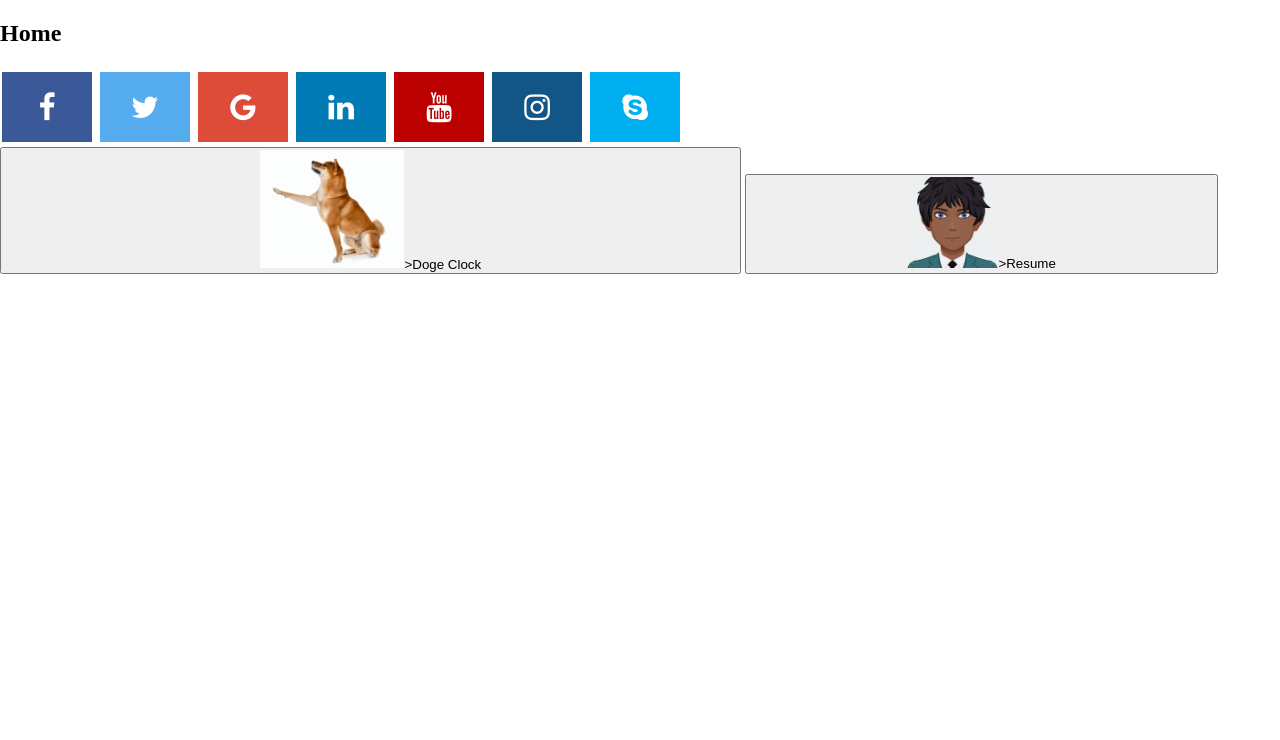
Repository: MatthewSalazar30/MatthewSalazar30.github.io
Page: Home.html
The author's editor kept a record of every edit. The page is drawn from the files as they stood at one moment, then again after the next edit.
The browser window is 1280 px wide. The pictures show the whole page.

Above is the page before.

After the next edit:
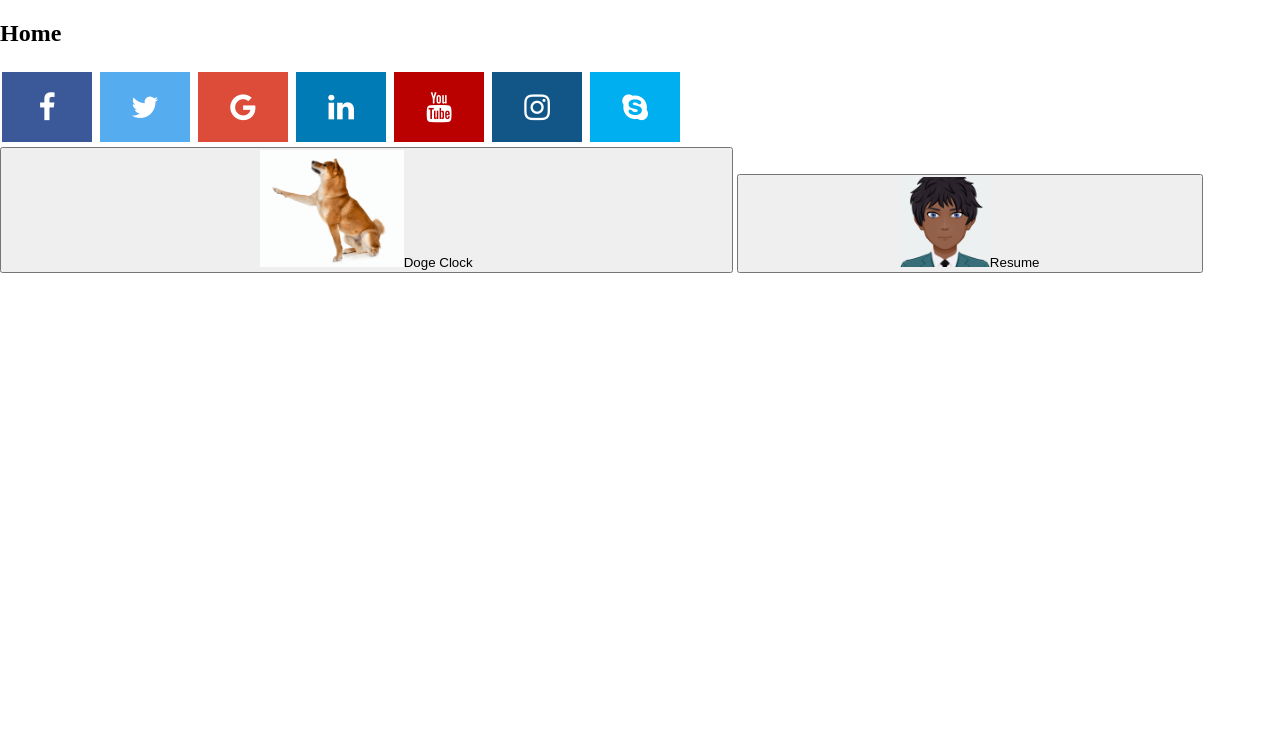
The edit:
--- a/Home.html
+++ b/Home.html
@@ -165,8 +165,8 @@
 
 
 <div class="container">
-  <a href="Dogs.html"> <button class="btn"><img src="images/Doge.jpg" style="width:20%">>Doge Clock</button style="width:100&"></a>
-  <a href="avatar.html">  <button class="btn"><img src="images/myAvatar.png" style="width:20%">>Resume</button style="width:100&"></a>
+  <a href="Dogs.html"> <button class="btn"><img src="images/Doge.jpg" style="width:20%">Doge Clock</button style="width:100&"></a>
+  <a href="avatar.html">  <button class="btn"><img src="images/myAvatar.png" style="width:20%">Resume</button style="width:100&"></a>
 
 
 </a>
